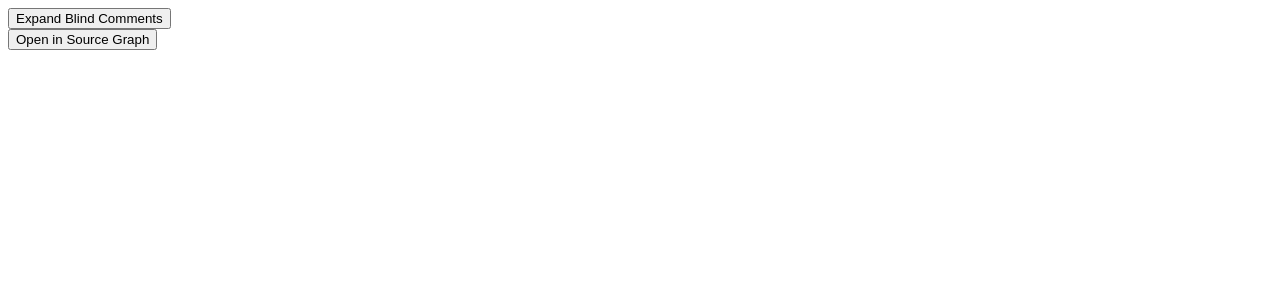
Repository: duckladydinh/customize
Page: popup.html
The author's editor kept a copy of each file at every save. The page is drawn from the files as they stood at one save, then again after the next save.
The browser window is 1280 px wide. The pictures show the whole page.

Above is the page before, as saved 2022-04-13 22:10:56.
Console error: TypeError: Cannot read properties of null (reading 'addEventListener')

After the next save:
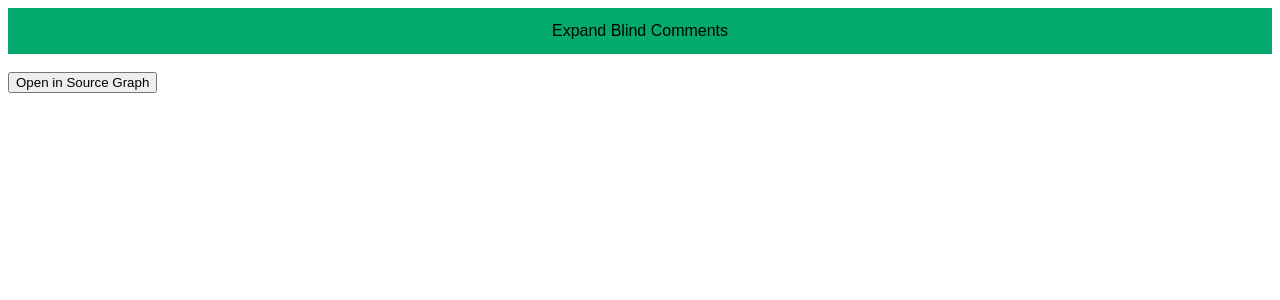
Saved 7 s later.
--- a/popup.html
+++ b/popup.html
@@ -4,7 +4,7 @@
     <link rel="stylesheet" href="popup.css">
   </head>
   <body>
-    <button id="ExpandBlindComments" cla>Expand Blind Comments</button>
+    <button id="ExpandBlindComments" class="block">Expand Blind Comments</button>
     <br/>
     <button id="OpenInSourceGraph">Open in Source Graph</button>
     <script src="popup.js"></script>
